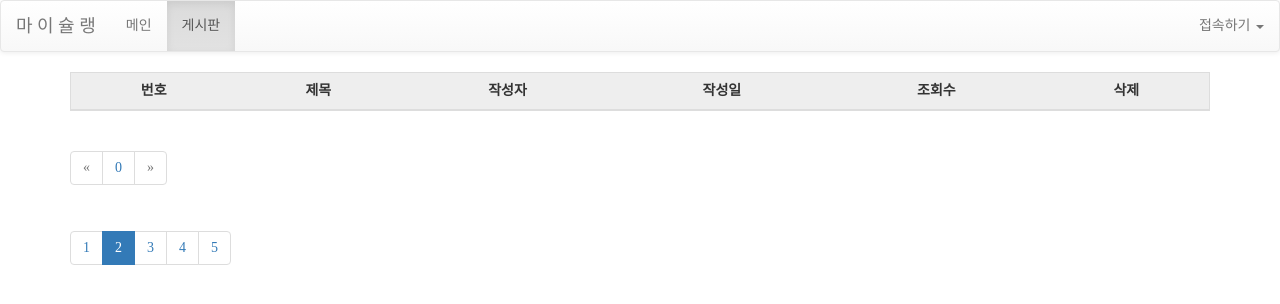
Repository: serendipity63/mychelin
Page: http://localhost/board/WEB-INF/views/boardlist.jsp
An editor plug-in stored every save of this project. The page is shown before and after the next save, followed by the edit.
The browser window is 1280 px wide. The pictures show the whole page.
Some web fonts or font styles are not loaded; a fallback is used. The page is served by Tomcat 9. Nobody is signed in. The template is opened directly, without the code that normally fills it, so the values that code supplies are empty.

Above is the page before, as saved 2024-01-11 07:44:43.
Console error (its wording comes from the project's code and is left out).

After the next save:
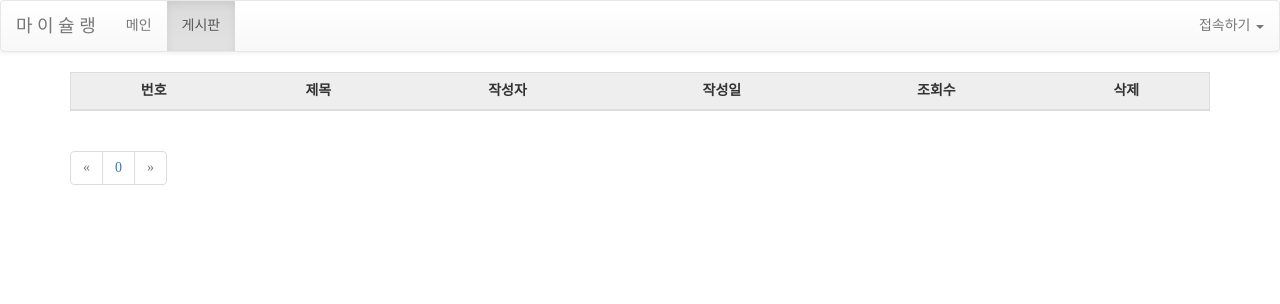
Saved 36 s later.
--- a/board/src/main/webapp/WEB-INF/views/boardlist.jsp
+++ b/board/src/main/webapp/WEB-INF/views/boardlist.jsp
@@ -129,13 +129,6 @@ text-decoration:none;
 
 
 
-	<ul class="pagination">
-    <li><a href="#">1</a></li>
-    <li class="active"><a href="#">2</a></li>
-    <li><a href="#">3</a></li>
-    <li><a href="#">4</a></li>
-    <li><a href="#">5</a></li>
-  </ul>
 		<c:if test="${user ne Empty }">
 			<!--로그인 안하면 글쓰기 안보이게  ne= not equal -->
 			<a href="${contextPath }/boardwrite"
